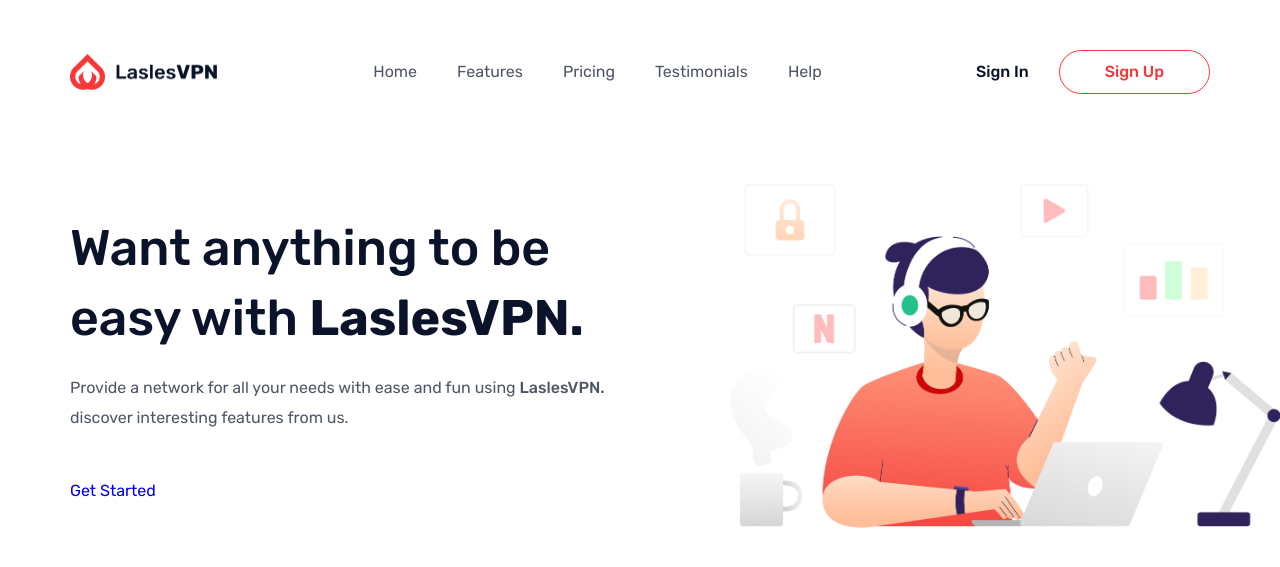
Repository: kebinh1235/lasles-demo
Page: index.html
The author's editor kept a copy of each file at every save. The page is drawn from the files as they stood at one save, then again after the next save.
The browser window is 1280 px wide. The pictures show the whole page.
The style sheet was rebuilt from its Sass, Less or Tailwind sources for each picture, by a compiler version that may differ from the author's.

Above is the page before, as saved 2021-10-30 13:35:03.

### index.html
<!DOCTYPE html>
<html lang="en">
<head>
  <meta charset="UTF-8">
  <meta http-equiv="X-UA-Compatible" content="IE=edge">
  <meta name="viewport" content="width=device-width, initial-scale=1.0">
  <title>Lales VPN</title>
  <!-- Google Font -->
  <link rel="preconnect" href="https://fonts.googleapis.com">
  <link rel="preconnect" href="https://fonts.gstatic.com" crossorigin>
  <link href="https://fonts.googleapis.com/css2?family=Nunito:wght@300;400&family=Rubik:wght@400;500;700&display=swap" rel="stylesheet">
  <!-- CSS -->
  <link rel="stylesheet" href="./css/app.css">
</head>
<body>
  <div class="wrapper">
    <header class="header">
      <div class="container">
        <div class="header__container">
          <img class="header__logo" srcset="./images/logo.png 2x" alt="Logo">
          <ul class="menu">
            <li class="menu-item">
              <a href="#" class="menu-link">Home</a>
            </li>
            <li class="menu-item">
              <a href="#" class="menu-link">Features</a>
            </li>
            <li class="menu-item">
              <a href="#" class="menu-link">Pricing</a>
            </li>
            <li class="menu-item">
              <a href="#" class="menu-link">Testimonials</a>
            </li>
            <li class="menu-item">
              <a href="#" class="menu-link">Help</a>
            </li>
          </ul>
          <div class="header__auth">
            <a href="#" class="header__auth-signin">Sign In</a>
            <a href="#" class="header__auth-signup">Sign Up</a>
          </div>
        </div>
      </div>
    </header>
    <main>
      <section class="hero">
        <div class="container">
          <div class="hero__container">
            <div class="hero__content">
              <h1 class="hero__title">
                Want anything to be easy with <strong>LaslesVPN.</strong>
              </h1>
              <p class="hero__desc">Provide a network for all your needs with ease and fun using <strong>LaslesVPN.</strong> discover interesting features from us.</p>
              <a href="#" class="btn btn-primary">Get Started</a>
            </div>
            <div class="hero__img">
              <img srcset="./images/hero.png 2x" alt="">
            </div>
          </div>
        </div>
      </section>
    </main>
  </div>
</body>
</html>

### sass/app.scss
@import "variables";
@import "global";
@import "reset";
@import "header";
@import "hero";

### sass/_variables.scss
$font: "Rubik", sans-serif;
$text-color: #4f5665;
$heading-color: #0b132a;
$primary-color: #f53838;
$gray-color: #DDE0E4;

### sass/_global.scss
.wrapper {
  max-width: 1440px;
  margin: 0 auto;
}
.container {
  max-width: 1170px;
  padding: 0 15px;
  margin: 0 auto;
}
body {
  font-family: $font;
  color: $text-color;
  line-height: 1;
  font-weight: 400;
}

### sass/_reset.scss
html {
box-sizing: border-box;
}
* {
  margin: 0;
  padding: 0;
  text-decoration: none;
  list-style: none;
}
*,*:before,*:after {
box-sizing: border-box;
}
input,
textarea,
select,
button{
outline: none;
}
input{
line-height: normal;
}
label,
button{
cursor: pointer;
}
a {
text-decoration: none;
}
img {
display: block;
max-width: 100%;
}

### sass/_header.scss
.header {
  padding-top: 50px;
  padding-bottom: 90px;
  &__container {
    display:flex;
    justify-content: space-between;
    align-items: center;
  }
  &__auth {
    display:flex;
    align-items: center;
    gap: 0 30px;
    text-transform: capitalize;
    font-weight: 500;
    &-signin {
      color: $heading-color;
    }
    &-signup {
      color: $primary-color;
      border: 1px solid $primary-color;
      padding: 13px 45px;
      border-radius: 100rem;
    }

  }
}
.menu {
  display: flex;
  align-self: center;
  gap: 0 40px;
  &-link {
    color: inherit;
  }
}

### sass/_hero.scss
.hero {
  &__container {
    display:flex;
    justify-content: space-between;
    align-items: center;
    gap: 0 40px;
  }
  &__content {
    width: 100%;
    max-width: 555px;
  }
  &__title {
    font-size: 50px;
    font-weight: 500;
    margin-bottom: 20px;
    line-height: calc(70 / 50);
    color: $heading-color;
  }
  &__desc {
    flex-shrink: 0;
    line-height: calc(30 / 16);
    margin-bottom: 50px;
    strong {
      font-weight: 500;
    }
  }
  &__img {
    width: 100%;
    transform: translateX(70px);
  }
}

After the next save:
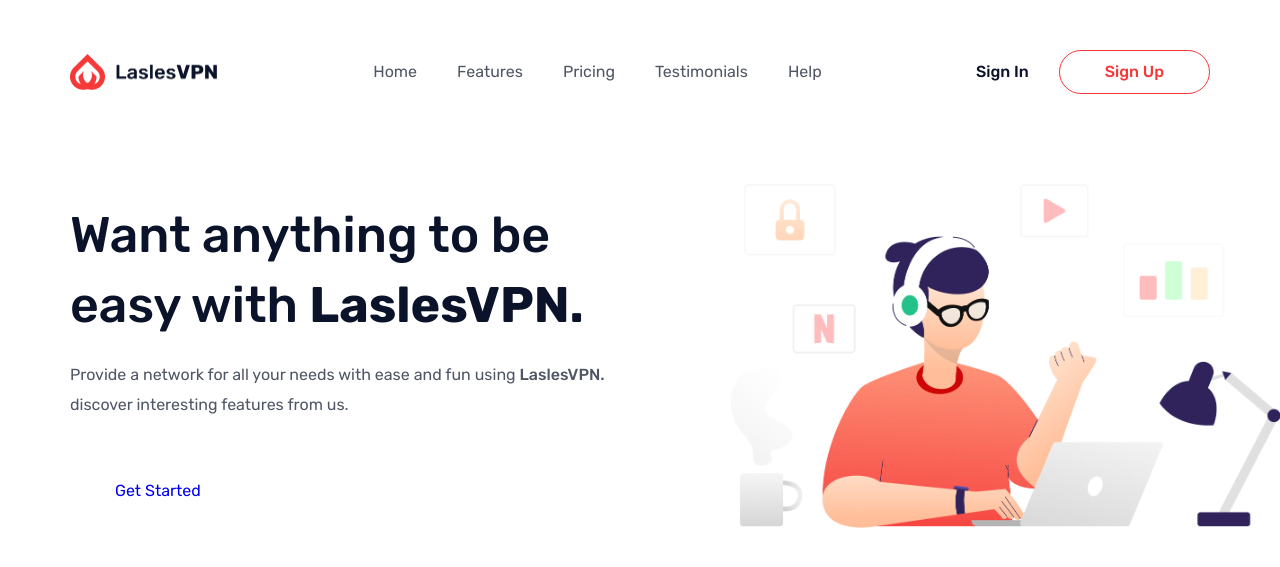
Saved 19 s later.
--- a/sass/_global.scss
+++ b/sass/_global.scss
@@ -13,3 +13,8 @@
   line-height: 1;
   font-weight: 400;
 }
+.btn {
+  display: block;
+  padding: 13px 45px;
+  border-radius: 100rem;
+}
